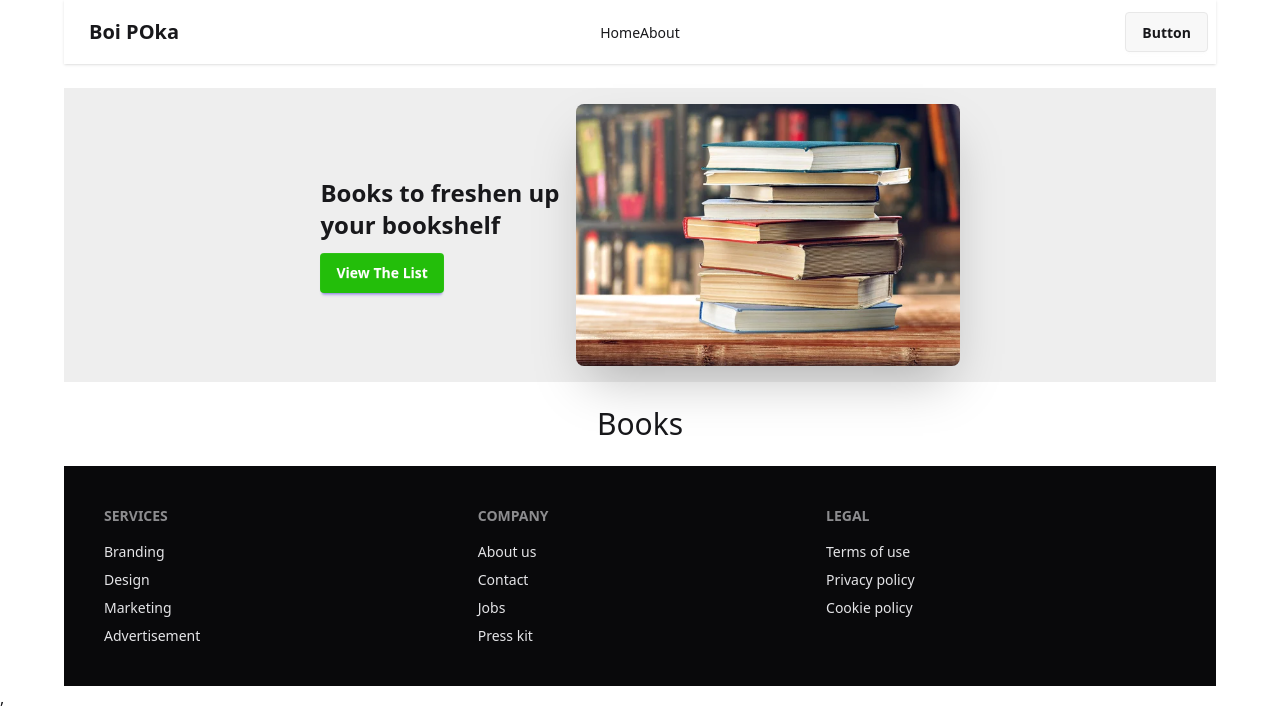
Repository: SanjidaSnigdha/Boipoka-Book-Vibe-Project
Page: /
An editor plug-in stored every save of this project. The page is shown before and after the next save, followed by the edit.
The browser window is 1280 px wide. The pictures show the whole page.
The project was rebuilt for these pictures with package versions that can differ from the ones it lists, and the page was loaded fresh each time. Also part of the build but not shown: vite.config.js, src/App.css, src/App.jsx, src/Pages/Root/ErrorPage/ErrorPage.jsx.

Above is the page before, as saved 2026-05-12 13:21:13.

### index.html
<!doctype html>
<html lang="en">
  <head>
    <meta charset="UTF-8" />
    <link rel="icon" type="image/svg+xml" href="/favicon.svg" />
    <meta name="viewport" content="width=device-width, initial-scale=1.0" />
    <title>boipuka</title>
  </head>
  <body>
    <div id="root"></div>
    <script type="module" src="/src/main.jsx"></script>
  </body>
</html>

### src/main.jsx
import { StrictMode } from 'react'
import { createRoot } from 'react-dom/client'
import './index.css'
import App from './App.jsx'
import {
  RouterProvider,
} from "react-router";
import { router } from './Routes/Routes.jsx';




createRoot(document.getElementById('root')).render(
  <StrictMode>
     <RouterProvider router={router} />,
  </StrictMode>,
)

### src/index.css
@import "tailwindcss";
@plugin "daisyui" {
themes : light --default, dark --prefersdark;
themes: light --default;
}
   dark mode to light mode ( index.css)

### src/Routes/Routes.jsx
import React from 'react';
import {
  createBrowserRouter,
} from "react-router";
import Root from '../Pages/Root/Root';
import ErrorPage from '../Pages/Root/ErrorPage/ErrorPage';
import { Component } from 'react';
import Home from '../Pages/Home/Home';

 export const router = createBrowserRouter([
  {
    path: "/",
    Component: Root,
    errorElement: <ErrorPage></ErrorPage>,
    children: [
      {
      index: true,
      path: '/',
      Component: Home

    },
  ],
},
]);

### src/Pages/Root/Root.jsx
import React from 'react';
import Navbar from '../../Components/Header/Navbar/Navbar';
import { Outlet } from 'react-router';
import Footer from '../../Components/Footer/Footer';

const Root = () => {
    return (
        <div className='max-w-6xl mx-auto'>
            <Navbar></Navbar>
            <Outlet></Outlet>
            <Footer></Footer>

        </div>
    );
};

export default Root;

### src/Pages/Home/Home.jsx
import React from 'react';
import Banner from '../../Components/Banner/Banner';
import Books from '../Books/Books';

const Home = () => {
    return (
        <div>
            <Banner></Banner>
            <Books></Books>
        </div>
    );
};

export default Home;

### src/Components/Header/Navbar/Navbar.jsx
import React from 'react';

const Navbar = () => {
    const links = <>
      <li>Home</li>
      <li>About</li>
    </>
    return (
        <div className="navbar bg-base-100 shadow-sm">
  <div className="navbar-start">
    <div className="dropdown">
      <div tabIndex={0} role="button" className="btn btn-ghost lg:hidden">
        <svg xmlns="http://www.w3.org/2000/svg" className="h-5 w-5" fill="none" viewBox="0 0 24 24" stroke="currentColor"> <path strokeLinecap="round" strokeLinejoin="round" strokeWidth="2" d="M4 6h16M4 12h8m-8 6h16" /> </svg>
      </div>
      <ul
        tabIndex="-1"
        className="menu menu-sm dropdown-content bg-base-100 rounded-box z-1 mt-3 w-52 p-2 shadow">
       {links}
      </ul>
    </div>
    <a className="btn btn-ghost text-xl">Boi POka</a>
  </div>
  <div className="navbar-center hidden lg:flex">
    <ul className="menu menu-horizontal px-1">
      {links}
    </ul>
  </div>
  <div className="navbar-end">
    <a className="btn">Button</a>
  </div>
</div>
    );
};

export default Navbar;

### src/Components/Footer/Footer.jsx
import React from 'react';

const Footer = () => {
    return (
        <footer className="footer sm:footer-horizontal bg-neutral text-neutral-content p-10">
  <nav>
    <h6 className="footer-title">Services</h6>
    <a className="link link-hover">Branding</a>
    <a className="link link-hover">Design</a>
    <a className="link link-hover">Marketing</a>
    <a className="link link-hover">Advertisement</a>
  </nav>
  <nav>
    <h6 className="footer-title">Company</h6>
    <a className="link link-hover">About us</a>
    <a className="link link-hover">Contact</a>
    <a className="link link-hover">Jobs</a>
    <a className="link link-hover">Press kit</a>
  </nav>
  <nav>
    <h6 className="footer-title">Legal</h6>
    <a className="link link-hover">Terms of use</a>
    <a className="link link-hover">Privacy policy</a>
    <a className="link link-hover">Cookie policy</a>
  </nav>
</footer>
    );
};

export default Footer;

### src/Components/Banner/Banner.jsx
import React from 'react';
import bookImage from '../../assets/books.jpg'

const Banner = () => {
    return (

        <div className="hero bg-base-300 mt-6 h-70px">
  <div className="hero-content flex-col lg:flex-row-reverse justify-between">
    <img
      src={bookImage}
      className="max-w-sm rounded-lg shadow-2xl"
    />
    <div>
      <h1 className="text-2xl font-bold">Books to freshen up<br /> your bookshelf </h1>
       <button className="btn btn-primary bg-[#23BE0A] border-0 text-[#FFFFFF] mt-3">View The List</button>
    </div>
  </div>
</div>

    );
};

export default Banner;

### src/Pages/Books/Books.jsx
import React, { Suspense, useEffect, useState } from 'react';

const Books = () => {
    const [allBooks, setAllBooks] = useState([]);
    // useEffect(() => {
    //     fetch("booksData.json")
    //     .then(res=>res.json())
    //     .then(data =>{
    //         setAllBooks(data)
    //     })
    // },[])

     const bookPromise = fetch('./booksData.json').then(res=>res.json())


    return (
        <div>
            <h1 className='text-3xl text-center p-6'>Books</h1>
            <Suspense fallback={<span>loading....</span>}>

            </Suspense>
        </div>
    );
};

export default Books;

### public/booksData.json
[
  {
    "bookId": 1,
    "bookName": "The Great Gatsby",
    "author": "F. Scott Fitzgerald",
    "image": "https://i.ibb.co.com/khHN7Pk/9780143454212.jpg",
    "review": "'The Great Gatsby' by F. Scott Fitzgerald is a timeless masterpiece that delves into the decadence and disillusionment of the Jazz Age. Set in the Roaring Twenties, the novel unveils the enigmatic Jay Gatsby's extravagant parties, masking a pursuit of lost love. Narrated by Nick Carraway, the story explores themes of wealth, love, and the American Dream, drawing readers into a vivid portrayal of the glittering yet elusive world of the East and West Egg. Fitzgerald's prose is both poetic and haunting, weaving a compelling narrative that transcends its era. A poignant exploration of societal excess and the human condition, 'The Great Gatsby' remains a literary gem that resonates across generations.",
    "totalPages": 192,
    "rating": 4.5,
    "category": "Classic",
    "tags": ["Fiction", "Romance"],
    "publisher": "Scribner",
    "yearOfPublishing": 1925
  },
  {
    "bookId": 2,
    "bookName": "To Kill a Mockingbird",
    "author": "Harper Lee",
    "image": "https://i.ibb.co.com/0cv102J/To-Kill-a-Mockingbird.webp",
    "review": "'The Great Gatsby' by F. Scott Fitzgerald is a timeless masterpiece that delves into the decadence and disillusionment of the Jazz Age. Set in the Roaring Twenties, the novel unveils the enigmatic Jay Gatsby's extravagant parties, masking a pursuit of lost love. Narrated by Nick Carraway, the story explores themes of wealth, love, and the American Dream, drawing readers into a vivid portrayal of the glittering yet elusive world of the East and West Egg. Fitzgerald's prose is both poetic and haunting, weaving a compelling narrative that transcends its era. A poignant exploration of societal excess and the human condition, 'The Great Gatsby' remains a literary gem that resonates across generations.",
    "totalPages": 281,
    "rating": 4.8,
    "category": "Fiction",
    "tags": ["Drama", "Social Justice"],
    "publisher": "J.B. Lippincott & Co.",
    "yearOfPublishing": 1960
  },
  {
    "bookId": 3,
    "bookName": "1984",
    "author": "George Orwell",
    "image": "https://i.ibb.co.com/MprDyVt/51-BIA4rrae-L-AC-UF1000-1000-QL80.jpg",
    "review": "'The Great Gatsby' by F. Scott Fitzgerald is a timeless masterpiece that delves into the decadence and disillusionment of the Jazz Age. Set in the Roaring Twenties, the novel unveils the enigmatic Jay Gatsby's extravagant parties, masking a pursuit of lost love. Narrated by Nick Carraway, the story explores themes of wealth, love, and the American Dream, drawing readers into a vivid portrayal of the glittering yet elusive world of the East and West Egg. Fitzgerald's prose is both poetic and haunting, weaving a compelling narrative that transcends its era. A poignant exploration of societal excess and the human condition, 'The Great Gatsby' remains a literary gem that resonates across generations.",
    "totalPages": 328,
    "rating": 4.6,
    "category": "Fiction",
    "tags": ["Dystopian", "Political"],
    "publisher": "Secker & Warburg",
    "yearOfPublishing": 1949
  },
  {
    "bookId": 4,
    "bookName": "The Catcher in the Rye",
    "author": "J.D. Salinger",
    "image": "https://i.ibb.co.com/tYSWRfG/catcherrye-edited-1-800x.png",
    "review": "'The Great Gatsby' by F. Scott Fitzgerald is a timeless masterpiece that delves into the decadence and disillusionment of the Jazz Age. Set in the Roaring Twenties, the novel unveils the enigmatic Jay Gatsby's extravagant parties, masking a pursuit of lost love. Narrated by Nick Carraway, the story explores themes of wealth, love, and the American Dream, drawing readers into a vivid portrayal of the glittering yet elusive world of the East and West Egg. Fitzgerald's prose is both poetic and haunting, weaving a compelling narrative that transcends its era. A poignant exploration of societal excess and the human condition, 'The Great Gatsby' remains a literary gem that resonates across generations.",
    "totalPages": 224,
    "rating": 4.3,
    "category": "Fiction",
    "tags": ["Young Adult", "Identity"],
    "publisher": "Little, Brown and Company",
    "yearOfPublishing": 1951
  },
  {
    "bookId": 5,
    "bookName": "Pride and Prejudice",
    "author": "Jane Austen",
    "image": "https://i.ibb.co.com/YdQDMpn/81me-ud-V63-L-AC-UF1000-1000-QL80.jpg",
    "review": "'The Great Gatsby' by F. Scott Fitzgerald is a timeless masterpiece that delves into the decadence and disillusionment of the Jazz Age. Set in the Roaring Twenties, the novel unveils the enigmatic Jay Gatsby's extravagant parties, masking a pursuit of lost love. Narrated by Nick Carraway, the story explores themes of wealth, love, and the American Dream, drawing readers into a vivid portrayal of the glittering yet elusive world of the East and West Egg. Fitzgerald's prose is both poetic and haunting, weaving a compelling narrative that transcends its era. A poignant exploration of societal excess and the human condition, 'The Great Gatsby' remains a literary gem that resonates across generations.",
    "totalPages": 279,
    "rating": 4.7,
    "category": "Classic",
    "tags": ["Romance", "Satire"],
    "publisher": "T. Egerton, Whitehall",
    "yearOfPublishing": 1813
  },
  {
    "bookId": 6,
    "bookName": "The Hobbit",
    "author": "J.R.R. Tolkien",
    "image": "https://i.ibb.co.com/xS8YvxL/81m-CE-uclx-L-UF1000-1000-QL80.jpg",
    "review": "'The Great Gatsby' by F. Scott Fitzgerald is a timeless masterpiece that delves into the decadence and disillusionment of the Jazz Age. Set in the Roaring Twenties, the novel unveils the enigmatic Jay Gatsby's extravagant parties, masking a pursuit of lost love. Narrated by Nick Carraway, the story explores themes of wealth, love, and the American Dream, drawing readers into a vivid portrayal of the glittering yet elusive world of the East and West Egg. Fitzgerald's prose is both poetic and haunting, weaving a compelling narrative that transcends its era. A poignant exploration of societal excess and the human condition, 'The Great Gatsby' remains a literary gem that resonates across generations.",
    "totalPages": 310,
    "rating": 4.9,
    "category": "Fantasy",
    "tags": ["Adventure", "Epic"],
    "publisher": "Allen & Unwin",
    "yearOfPublishing": 1937
  },
  {
    "bookId": 7,
    "bookName": "Harry Potter and the Sorcerer's Stone",
    "author": "J.K. Rowling",
    "image": "https://i.ibb.co.com/989qMRW/42844155.jpg",
    "review": "'The Great Gatsby' by F. Scott Fitzgerald is a timeless masterpiece that delves into the decadence and disillusionment of the Jazz Age. Set in the Roaring Twenties, the novel unveils the enigmatic Jay Gatsby's extravagant parties, masking a pursuit of lost love. Narrated by Nick Carraway, the story explores themes of wealth, love, and the American Dream, drawing readers into a vivid portrayal of the glittering yet elusive world of the East and West Egg. Fitzgerald's prose is both poetic and haunting, weaving a compelling narrative that transcends its era. A poignant exploration of societal excess and the human condition, 'The Great Gatsby' remains a literary gem that resonates across generations.",
    "totalPages": 309,
    "rating": 4.8,
    "category": "Fantasy",
    "tags": ["Magic", "Young Adult"],
    "publisher": "Bloomsbury",
    "yearOfPublishing": 1997
  },
  {
    "bookId": 8,
    "bookName": "The Alchemist",
    "author": "Paulo Coelho",
    "image": "https://i.ibb.co.com/zS9jsdK/18144590.jpg",
    "review": "'The Great Gatsby' by F. Scott Fitzgerald is a timeless masterpiece that delves into the decadence and disillusionment of the Jazz Age. Set in the Roaring Twenties, the novel unveils the enigmatic Jay Gatsby's extravagant parties, masking a pursuit of lost love. Narrated by Nick Carraway, the story explores themes of wealth, love, and the American Dream, drawing readers into a vivid portrayal of the glittering yet elusive world of the East and West Egg. Fitzgerald's prose is both poetic and haunting, weaving a compelling narrative that transcends its era. A poignant exploration of societal excess and the human condition, 'The Great Gatsby' remains a literary gem that resonates across generations.",
    "totalPages": 177,
    "rating": 4.6,
    "category": "Fiction",
    "tags": ["Philosophical", "Adventure"],
    "publisher": "HarperCollins",
    "yearOfPublishing": 1988
  },
  {
    "bookId": 9,
    "bookName": "The Girl on the Train",
    "author": "Paula Hawkins",
    "image": "https://i.ibb.co.com/P6hfCmJ/Whats-App-Image-2024-05-22-at-11-21-25-2e21ae46.jpg",
    "review": "'The Great Gatsby' by F. Scott Fitzgerald is a timeless masterpiece that delves into the decadence and disillusionment of the Jazz Age. Set in the Roaring Twenties, the novel unveils the enigmatic Jay Gatsby's extravagant parties, masking a pursuit of lost love. Narrated by Nick Carraway, the story explores themes of wealth, love, and the American Dream, drawing readers into a vivid portrayal of the glittering yet elusive world of the East and West Egg. Fitzgerald's prose is both poetic and haunting, weaving a compelling narrative that transcends its era. A poignant exploration of societal excess and the human condition, 'The Great Gatsby' remains a literary gem that resonates across generations.",
    "totalPages": 316,
    "rating": 4.2,
    "category": "Mystery",
    "tags": ["Suspense", "Psychological"],
    "publisher": "Riverhead Books",
    "yearOfPublishing": 2015
  }
]

### src/Pages/Book/Book.jsx
import React from 'react';

const Book = () => {
    return (
        <div>
            <h1>Single Book</h1>
        </div>
    );
};

export default Book;

After the next save:
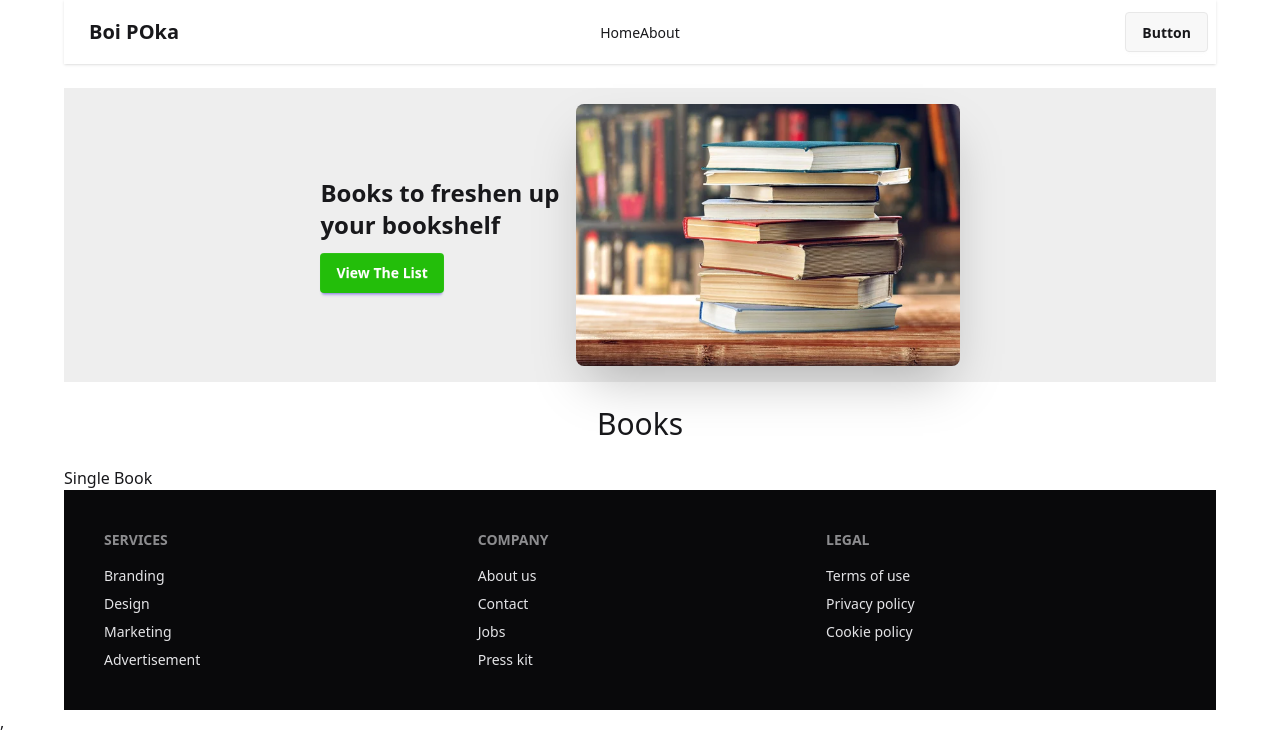
Saved 76 s later.
--- a/src/Pages/Books/Books.jsx
+++ b/src/Pages/Books/Books.jsx
@@ -1,4 +1,5 @@
 import React, { Suspense, useEffect, useState } from 'react';
+import Book from '../Book/Book';
 
 const Books = () => {
     const [allBooks, setAllBooks] = useState([]);
@@ -17,6 +18,7 @@
         <div>
             <h1 className='text-3xl text-center p-6'>Books</h1>
             <Suspense fallback={<span>loading....</span>}>
+           <Book bookPromise={bookPromise}></Book>
 
             </Suspense>
         </div>
